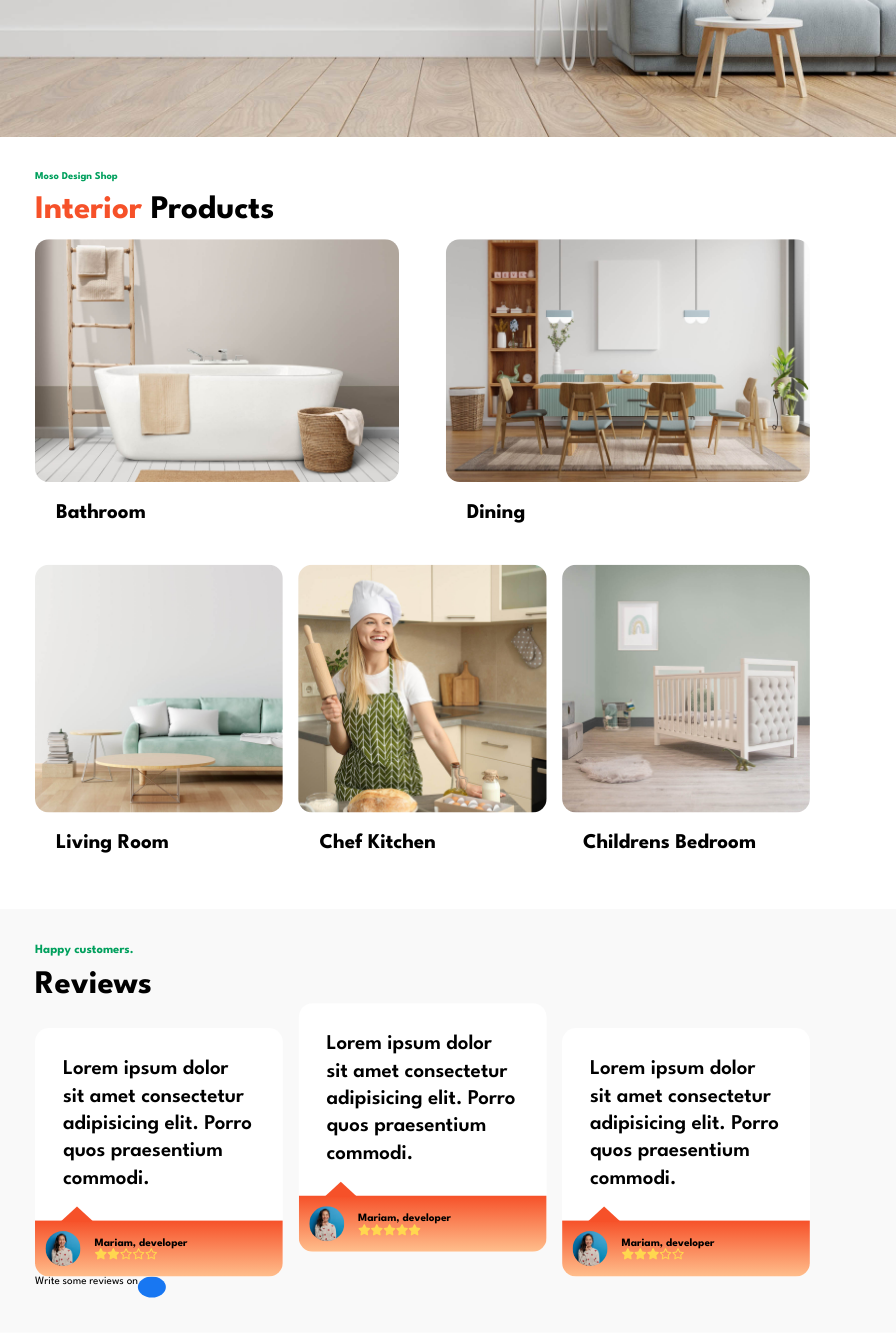
Repository: mariamnabil23/furniture
Page: index.html
These files come from the project's save history. The page is drawn as it stood at one moment and after the next save; the edit follows.
The browser window is 1280 px wide. The pictures show the part of the page from y = 1824 to 3744 px (the page is 3728 px tall before and 3744 px after), at 70% of full size.
Some web fonts or font styles are not loaded; a fallback is used.

Above is the page before, as saved 2024-10-31 10:09:19.

After the next save:
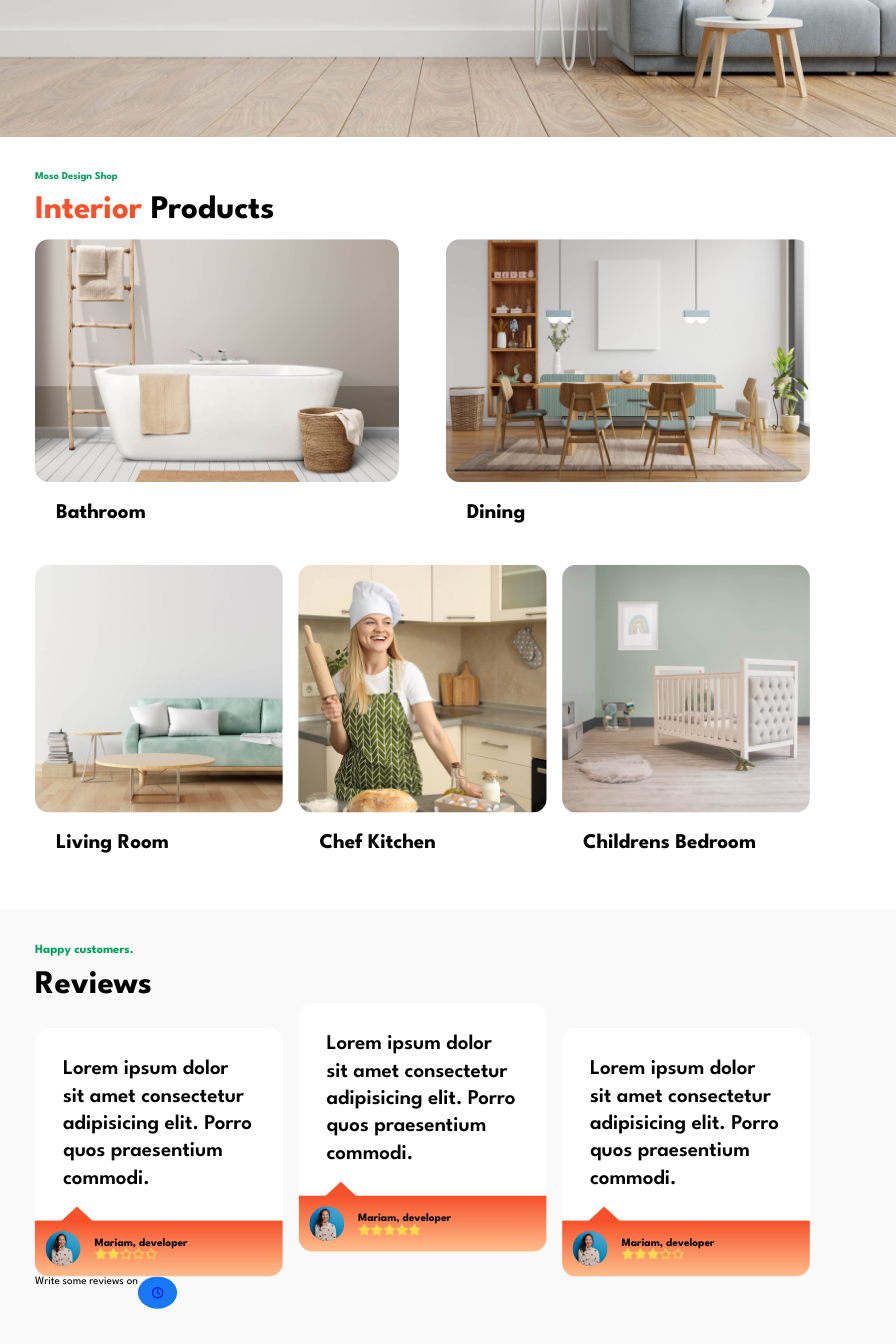
Saved 26 s later.
--- a/index.html
+++ b/index.html
@@ -196,7 +196,7 @@
                 </div>
                 <div class="bottom">
                     <p>Write some reviews on</p>
-                    <a href="#" class="box-btn">  </a>
+                    <a href="#" class="box-btn"> <i class="fa-regular fa-clock"></i> </a>
                 </div>
         </section>
 
